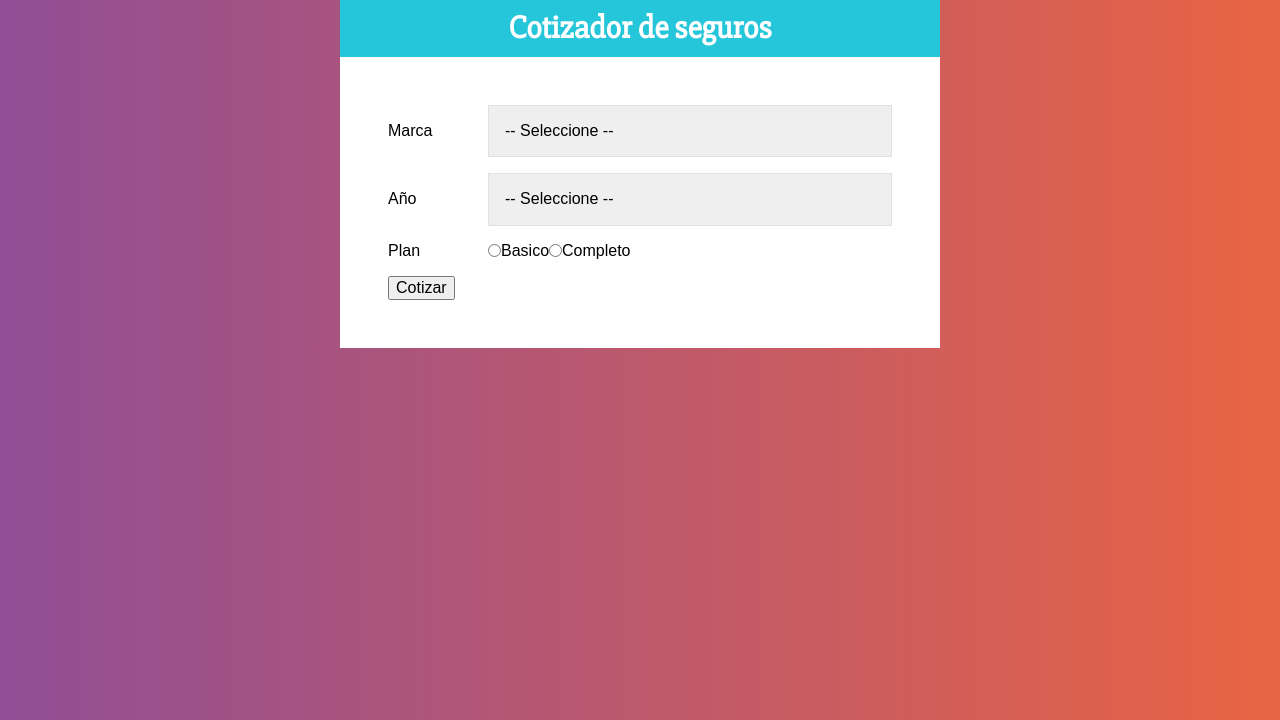
Repository: leonmezu1/cotizadorSeguroReact
Page: /
An editor plug-in stored every save of this project. The page is shown before and after the next save, followed by the edit.
The browser window is 1280 px wide. The pictures show the whole page.
The project was rebuilt for these pictures with package versions that can differ from the ones it lists, and the page was loaded fresh each time.

Above is the page before, as saved 2020-10-09 11:54:21.

### public/index.html
<!DOCTYPE html>
<html lang="en">
  <head>
    <meta charset="utf-8" />
    <link rel="icon" href="%PUBLIC_URL%/favicon.ico" />
    <meta name="viewport" content="width=device-width, initial-scale=1" />
    <meta name="theme-color" content="#000000" />
    <meta
      name="description"
      content="Web site created using create-react-app"
    />
    <link rel="apple-touch-icon" href="%PUBLIC_URL%/logo192.png" />
    <!--
      manifest.json provides metadata used when your web app is installed on a
      user's mobile device or desktop. See https://developers.google.com/web/fundamentals/web-app-manifest/
    -->
    <link rel="manifest" href="%PUBLIC_URL%/manifest.json" />
    <!--
      Notice the use of %PUBLIC_URL% in the tags above.
      It will be replaced with the URL of the `public` folder during the build.
      Only files inside the `public` folder can be referenced from the HTML.

      Unlike "/favicon.ico" or "favicon.ico", "%PUBLIC_URL%/favicon.ico" will
      work correctly both with client-side routing and a non-root public URL.
      Learn how to configure a non-root public URL by running `npm run build`.
    -->
    <link
      rel="stylesheet"
      href="https://necolas.github.io/normalize.css/8.0.0/normalize.css"
    />
    <link
      rel="stylesheet"
      href="https://fonts.googleapis.com/css?family=Slabo+27px"
    />
    <title>Cotizador de autos</title>
  </head>
  <body>
    <noscript>You need to enable JavaScript to run this app.</noscript>
    <div id="root"></div>
    <!--
      This HTML file is a template.
      If you open it directly in the browser, you will see an empty page.

      You can add webfonts, meta tags, or analytics to this file.
      The build step will place the bundled scripts into the <body> tag.

      To begin the development, run `npm start` or `yarn start`.
      To create a production bundle, use `npm run build` or `yarn build`.
    -->
  </body>
</html>

### src/index.css
*,
*::before,
*::after {
  box-sizing: border-box;
}

body {
  background: #e96443;
  /* fallback for old browsers */
  background: -webkit-linear-gradient(to right, #904e95, #e96443);
  /* Chrome 10-25, Safari 5.1-6 */
  background: linear-gradient(to right, #904e95, #e96443);
  font-family: Arial, Helvetica, sans-serif;
}

ul {
  list-style: none;
  padding: none;
  margin: none;
}

span.resultado {
  position: relative;
  width: 100%;
}

.resultado-enter {
  transition: .5s;
}

.resultado-enter.resultado-enter-active {
  transform: translateY(0%);
}

.resultado-exit {
  transform: translateY(0);
  transition: .5s;
  position: absolute;
  left: 0;
  bottom: 0;
  right: 0;
}

.resultado-exit-active {
  opacity: 0;
  transform: translateY(-10%);
}

### src/App.js
import React from "react";
import Header from "./components/Header";
import styled from "@emotion/styled";
import Formulario from "./components/Formulario";

const Contenedor = styled.div`
  max-width: 600px;
  margin: 0 auto;
`;

const ContenedorFormulario = styled.div`
  background-color: #ffffff;
  padding: 3rem;
`;

function App() {
  return (
    <Contenedor>
      <Header titulo="Cotizador de seguros" />
      <ContenedorFormulario>
        <Formulario />
      </ContenedorFormulario>
    </Contenedor>
  );
}

export default App;

### src/components/Header.js
import React from "react";
import styled from "@emotion/styled";

const ContenedorHeader = styled.header`
  background-color: #26c6da;
  padding: 10px;
  font-weight: bold;
  color: #ffffff;
`;

const TextoHeader = styled.h1`
  font-size: 2rem;
  margin: 0;
  font-family: "Slabo 27px", serif;
  text-align: center;
`;

const Header = ({ titulo }) => (
  <ContenedorHeader>
    <TextoHeader>{titulo}</TextoHeader>
  </ContenedorHeader>
);

export default Header;

### src/components/Formulario.js
import React from "react";
import styled from "@emotion/styled";

const Campo = styled.div`
  display: flex;
  margin-bottom: 1rem;
  align-items: center;
`;

const Label = styled.label`
  flex: 0 0 100px;
`;

const Select = styled.select`
  display: block;
  width: 100%;
  padding: 1rem;
  border: 1px solid #e1e1e1;
  -webkit-appearance: none;
`;

const InputRadio = styled.input`
  margin: 0 1rem;
`;

const Formulario = () => {
  return (
    <form>
      <Campo>
        <Label>Marca</Label>
        <Select>
          <option value="">-- Seleccione --</option>
          <option value="americano">Americano</option>
          <option value="europeo">Europeo</option>
          <option value="asiatico">Asiatico</option>
        </Select>
      </Campo>
      <Campo>
        <Label>Año</Label>
        <Select>
          <option value="">-- Seleccione --</option>
          <option value="2021">2021</option>
          <option value="2020">2020</option>
          <option value="2019">2019</option>
          <option value="2018">2018</option>
          <option value="2017">2017</option>
          <option value="2016">2016</option>
          <option value="2015">2015</option>
          <option value="2014">2014</option>
          <option value="2013">2013</option>
          <option value="2012">2012</option>
        </Select>
      </Campo>
      <Campo>
        <Label>Plan</Label>
        <input type="radio" name="plan" value="basico" /> Basico
        <input type="radio" name="plan" value="completo" /> Completo
      </Campo>
      <button type="button">Cotizar</button>
    </form>
  );
};

export default Formulario;

Loaded but not shown: src/index.js (common file); src/serviceWorker.js (common file)

After the next save:
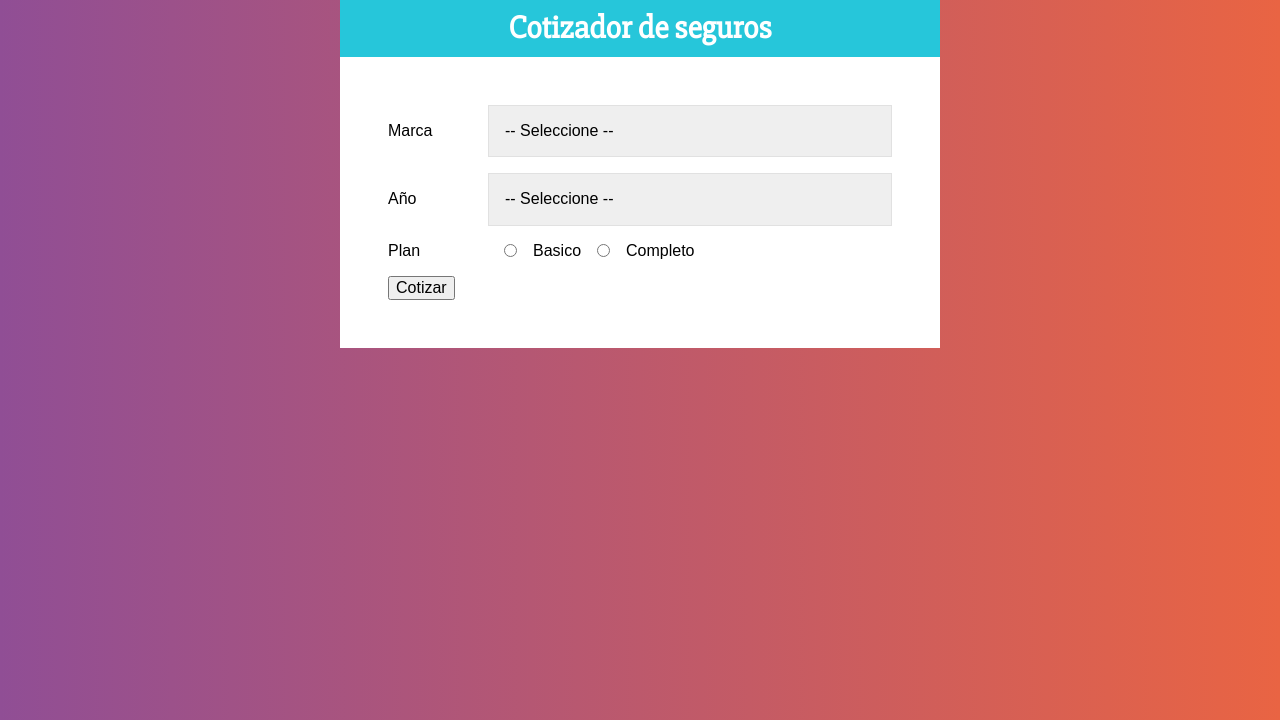
Saved 13 s later.
--- a/src/components/Formulario.js
+++ b/src/components/Formulario.js
@@ -53,8 +53,8 @@ const Formulario = () => {
       </Campo>
       <Campo>
         <Label>Plan</Label>
-        <input type="radio" name="plan" value="basico" /> Basico
-        <input type="radio" name="plan" value="completo" /> Completo
+        <InputRadio type="radio" name="plan" value="basico" /> Basico
+        <InputRadio type="radio" name="plan" value="completo" /> Completo
       </Campo>
       <button type="button">Cotizar</button>
     </form>
